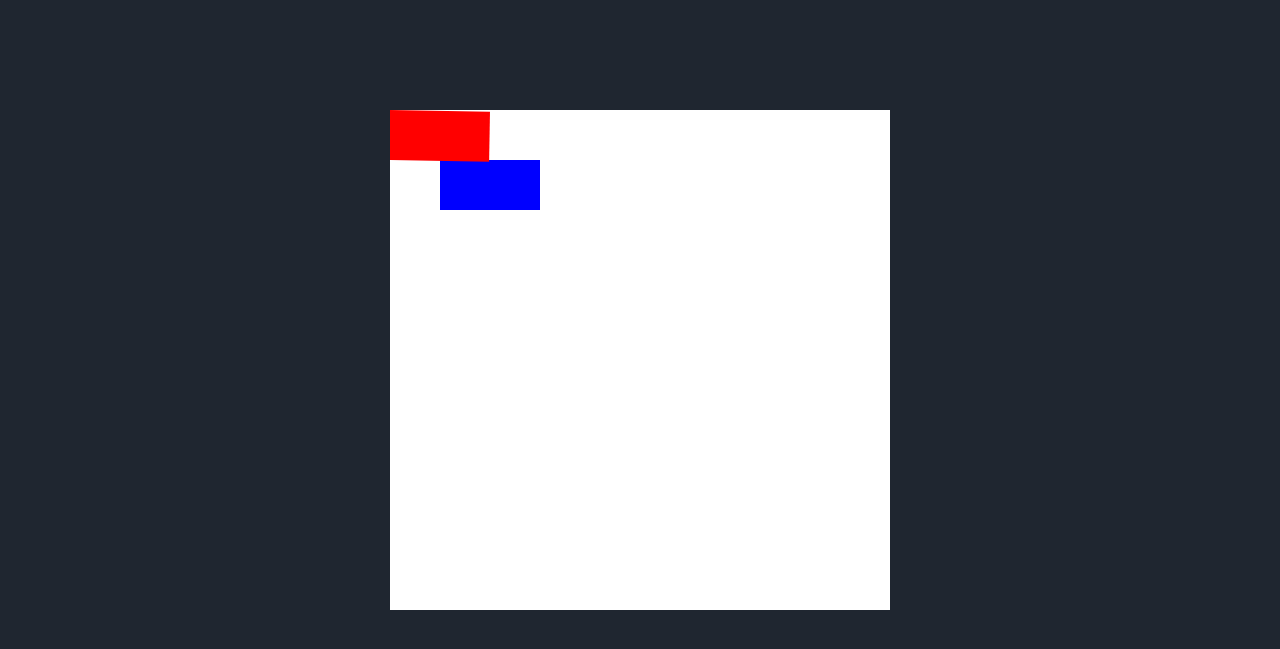
Repository: thecodeholic/cst-javascript-course
Page: /
These files come from the project's save history. The page is drawn as it stood at one moment and after the next save; the edit follows.
The browser window is 1280 px wide. The pictures show the whole page.
The project was rebuilt for these pictures with package versions that can differ from the ones it lists, and the page was loaded fresh each time.

Above is the page before, as saved 2020-11-25 10:37:24.

After the next save:
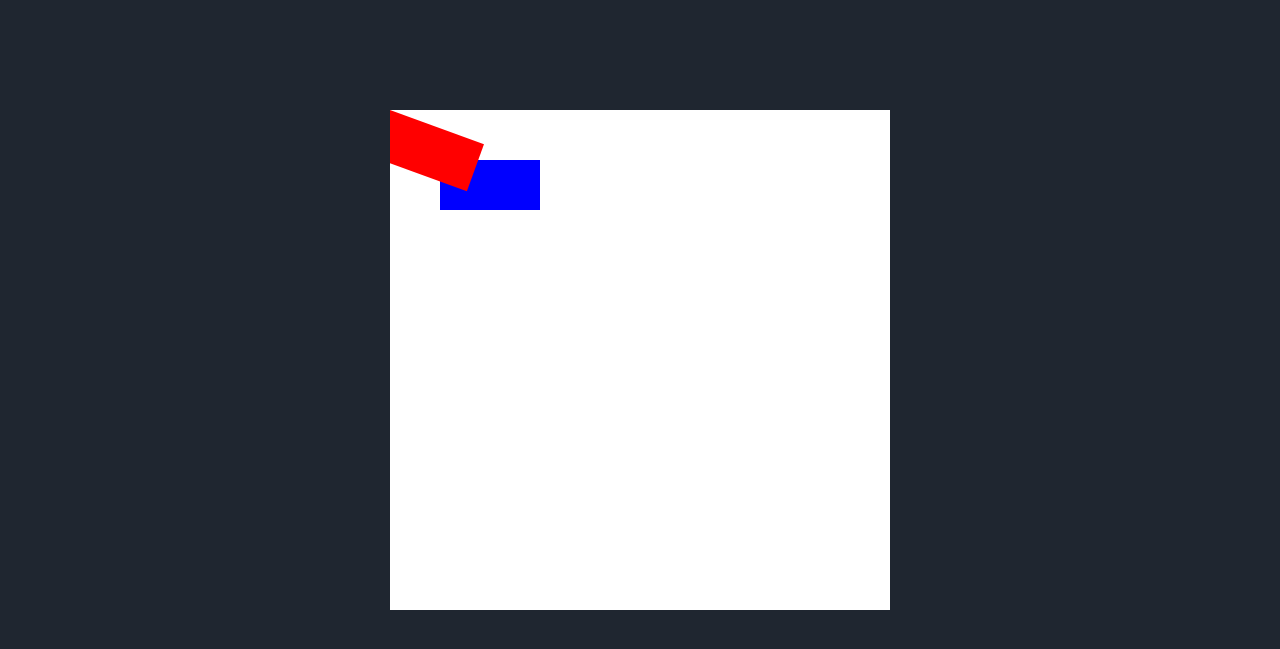
Saved 8 s later.
--- a/app.js
+++ b/app.js
@@ -16,7 +16,7 @@ ctx.fillStyle = 'blue';
 ctx.fillRect(50, 50, 100, 50);
 
 // ctx.translate(100, 100)
-ctx.rotate(degToRad(1))
+ctx.rotate(degToRad(20))
 ctx.fillStyle = 'red';
 ctx.fillRect(0, 0, 100, 50);
 
